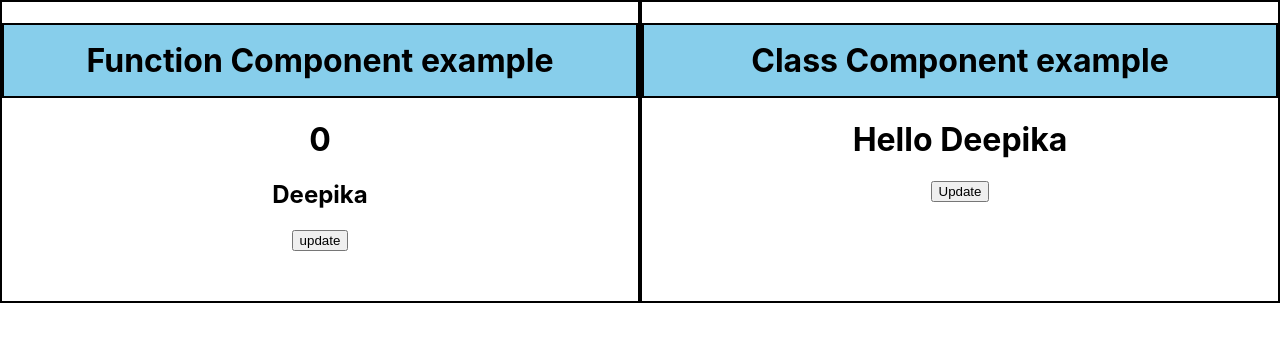
Repository: DeepikaSuretek/React
Page: / (app in practice-app/)
The author's editor kept a copy of each file at every save. The page is drawn from the files as they stood at one save, then again after the next save.
The browser window is 1280 px wide. The pictures show the whole page.
The project was rebuilt for these pictures with package versions that can differ from the ones it lists, and the page was loaded fresh each time.

Above is the page before, as saved 2024-07-08 19:56:03.

### practice-app/src/App.js
import './App.css';
import User from './class-component/class';
import Fun from './functional-component/function'

function App() {
  return (
    <div className="App" style={{display: "inline-flex",
      width: "100%"}}>
      <div style={{width:"50%",border: "2px solid","padding-bottom": "50px"}}>
        <h1 style={{"background-color": "skyblue","padding": "16px","border": "2px solid"}}>Function Component example</h1>
        <Fun name="Deepika" />
      </div>
      <div style={{width:"50%",border: "2px solid","padding-bottom": "50px"}}>
        <h1 style={{"background-color": "skyblue","padding": "16px","border": "2px solid"}}>Class Component example</h1>
        <User></User>
        </div>

    </div>
  );
}

export default App;

### practice-app/src/App.css
.App {
  text-align: center;
}

.App-logo {
  height: 40vmin;
  pointer-events: none;
}

@media (prefers-reduced-motion: no-preference) {
  .App-logo {
    animation: App-logo-spin infinite 20s linear;
  }
}

.App-header {
  background-color: #282c34;
  min-height: 100vh;
  display: flex;
  flex-direction: column;
  align-items: center;
  justify-content: center;
  font-size: calc(10px + 2vmin);
  color: white;
}

.App-link {
  color: #61dafb;
}

@keyframes App-logo-spin {
  from {
    transform: rotate(0deg);
  }
  to {
    transform: rotate(360deg);
  }
}

.loader{
  height: 100px;
  width: 100px;
  border: 8px solid;
  border-color: black black black red;
  border-radius: 50%;
  animation: App-logo-spin 2s linear infinite;
}

### practice-app/src/class-component/class.js
import { Component } from "react"

class User extends Component{
    constructor(){
        super();
        this.state = {
            data:'Deepika'
        }
    }

    changeData(){
        this.setState({data:"changes"});
    }
    render(){
        return(
           <div><h1>Hello {this.state.data}</h1>
           <button onClick={()=>this.changeData()}>Update</button>
           </div>

        )
    }
}

export default User;

### practice-app/src/functional-component/function.js
import { useState } from "react";

function Fun(props) {
    const [count,setCount] = useState(0);
    function updateCount(){
       setCount(count+1);
    }
    return(
        <div>
            <h1>{count} </h1>
            <h2>{props.name}</h2>
            <button onClick={updateCount}>update</button>
        </div>

    )
}

export default Fun;

Loaded but not shown: practice-app/public/index.html (common file); practice-app/src/index.js (common file); practice-app/src/index.css (common file); practice-app/src/reportWebVitals.js (common file)

After the next save:
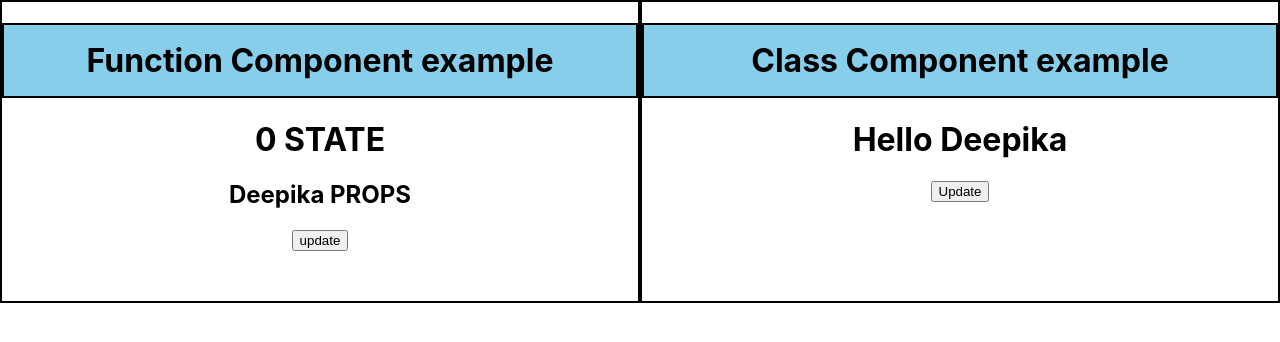
Saved 23 s later.
--- a/practice-app/src/functional-component/function.js
+++ b/practice-app/src/functional-component/function.js
@@ -7,8 +7,8 @@ function Fun(props) {
     }
     return(
         <div>
-            <h1>{count} </h1>
-            <h2>{props.name}</h2>
+            <h1>{count} STATE</h1>
+            <h2>{props.name}  PROPS</h2>
             <button onClick={updateCount}>update</button>
         </div>
 
